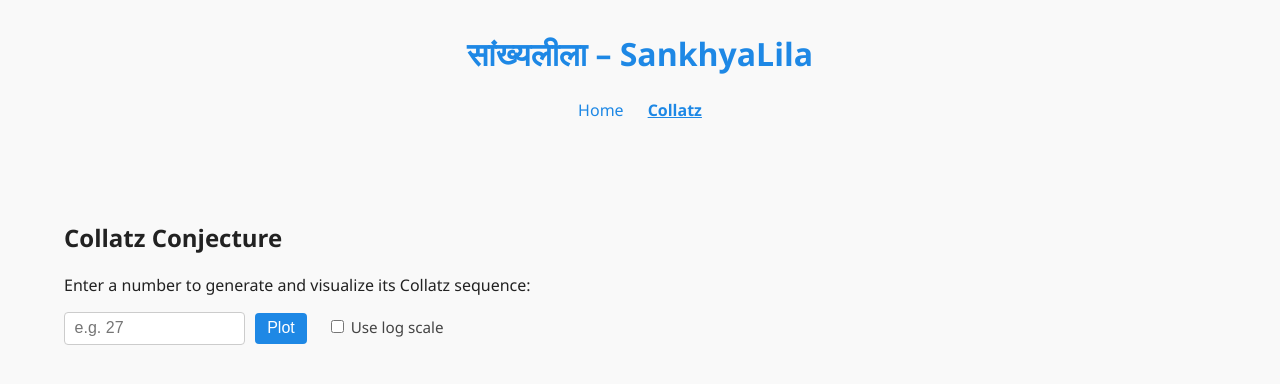
Repository: ChakreshSinghUC/SankhyaLila
Page: /collatz
An editor plug-in stored every save of this project. The page is shown before and after the next save, followed by the edit.
The browser window is 1280 px wide. The pictures show the whole page.
The project was rebuilt for these pictures with package versions that can differ from the ones it lists, and the page was loaded fresh each time.

Above is the page before, as saved 2025-07-05 16:40:12.

### src/App.js
import React from 'react';
import './App.css';
import { BrowserRouter as Router, Routes, Route, NavLink } from 'react-router-dom';
import Collatz from './pages/Collatz';

function App() {
  return (
    <Router>
      <header>
        <h1>सांख्यलीला – SankhyaLila</h1>
        <nav>
          <NavLink
            to="/"
            style={({ isActive }) => ({
              fontWeight: isActive ? 'bold' : 'normal',
              textDecoration: isActive ? 'underline' : 'none',
            })}
          >
            Home
          </NavLink>
          <NavLink
            to="/collatz"
            style={({ isActive }) => ({
              fontWeight: isActive ? 'bold' : 'normal',
              textDecoration: isActive ? 'underline' : 'none',
            })}
          >
            Collatz
          </NavLink>
        </nav>
      </header>

      <main style={{ padding: '1rem 2rem' }}>
        <Routes>
          <Route path="/" element={<Home />} />
          <Route path="/collatz" element={<Collatz />} />
          <Route path="*" element={<NotFound />} />
        </Routes>
      </main>
    </Router>
  );
}

function Home() {
  return (
    <>
      <h2>Welcome to SankhyaLila</h2>
      <p>
        SankhyaLila (सांख्यलीला) is a digital playground for curious minds. Explore
        the beauty of numbers, patterns, and mathematical wonder through interactive
        visualizations.
      </p>
    </>
  );
}

function NotFound() {
  return <p>404 – Page not found</p>;
}

export default App;

### src/App.css
/* App.css — SankhyaLila */

body {
  margin: 0;
  font-family: 'Segoe UI', 'Helvetica Neue', sans-serif;
  background-color: #f9f9f9;
  color: #222;
}

h1 {
  text-align: center;
  color: #1e88e5;
  margin-top: 2rem;
  font-size: 2rem;
}

nav {
  display: flex;
  justify-content: center;
  gap: 1.5rem;
  margin-top: 1.5rem;
  margin-bottom: 2rem;
}

nav a {
  color: #1e88e5;
  text-decoration: none;
  font-weight: 500;
}

nav a:hover {
  text-decoration: underline;
}

input[type="number"] {
  padding: 0.4rem 0.6rem;
  font-size: 1rem;
  width: 160px;
  border-radius: 4px;
  border: 1px solid #ccc;
}

button {
  padding: 0.4rem 0.75rem;
  font-size: 1rem;
  margin-left: 10px;
  background-color: #1e88e5;
  color: white;
  border: none;
  cursor: pointer;
  border-radius: 4px;
}

button:hover {
  background-color: #1565c0;
}

label {
  font-size: 0.95rem;
  color: #444;
}

### src/pages/Collatz.jsx
import React, { useState } from 'react';
import { Line } from 'react-chartjs-2';
import {
  Chart as ChartJS,
  LineElement,
  PointElement,
  CategoryScale,
  LinearScale,
  Title,
  Tooltip,
  Legend
} from 'chart.js';

ChartJS.register(
  LineElement,
  PointElement,
  CategoryScale,
  LinearScale,
  Title,
  Tooltip,
  Legend
);

export default function Collatz() {
  const [input, setInput] = useState('');
  const [sequence, setSequence] = useState([]);
  const [logScale, setLogScale] = useState(false);

  const generateSequence = (n) => {
    let result = [];
    while (n !== 1) {
      result.push(n);
      n = (n % 2 === 0) ? n / 2 : 3 * n + 1;
    }
    result.push(1);
    setSequence(result);
  };

  const handleSubmit = () => {
    const n = parseInt(input);
    if (!isNaN(n) && n > 0) generateSequence(n);
  };

  const maxValue = Math.max(...sequence);
  const maxIndex = sequence.indexOf(maxValue);

  const data = {
    labels: sequence.map((_, i) => i),
    datasets: [
      {
        label: 'Collatz Sequence',
        data: sequence,
        borderColor: '#1e88e5',
        pointRadius: 0,
        borderWidth: 2,
        fill: false
      },
      {
        label: 'Peak',
        data: Array.from({ length: sequence.length }, (_, i) =>
          i === maxIndex ? maxValue : null
        ),
        pointRadius: 5,
        pointBackgroundColor: 'red',
        showLine: false
      }
    ]
  };

  const options = {
    responsive: true,
    interaction: {
      mode: 'index',
      intersect: false
    },
    plugins: {
      tooltip: {
        callbacks: {
          label: (ctx) => `Step: ${ctx.dataIndex}, Value: ${ctx.formattedValue}`
        }
      },
      legend: {
        display: false
      },
      title: {
        display: true,
        text: 'Collatz Conjecture Visualization',
        font: { size: 18 }
      }
    },
    scales: {
      x: {
        title: {
          display: true,
          text: 'Step',
          font: { size: 14 }
        },
        grid: {
          color: '#eee'
        }
      },
      y: {
        type: logScale ? 'logarithmic' : 'linear',
        title: {
          display: true,
          text: logScale ? 'Value (log scale)' : 'Value',
          font: { size: 14 }
        },
        grid: {
          color: '#eee'
        },
        min: 1
      }
    }
  };

  return (
    <div style={{ padding: '2rem' }}>
      <h2>Collatz Conjecture</h2>
      <p>Enter a number to generate and visualize its Collatz sequence:</p>
      <input
        type="number"
        value={input}
        onChange={(e) => setInput(e.target.value)}
        onKeyDown={(e) => e.key === 'Enter' && handleSubmit()}
        placeholder="e.g. 27"
      />
      <button onClick={handleSubmit} style={{ marginLeft: '10px' }}>Plot</button>
      <label style={{ marginLeft: '20px' }}>
        <input
          type="checkbox"
          checked={logScale}
          onChange={() => setLogScale(!logScale)}
        />
        &nbsp;Use log scale
      </label>

      {sequence.length > 0 && (
        <div style={{ marginTop: '2rem' }}>
          <p>
            🔺 Peak value: <strong>{maxValue}</strong> at step {maxIndex}
          </p>
          <Line data={data} options={options} />
        </div>
      )}
    </div>
  );
}

Loaded but not shown: public/index.html (common file); src/index.js (common file); src/index.css (common file); src/reportWebVitals.js (common file)

After the next save:
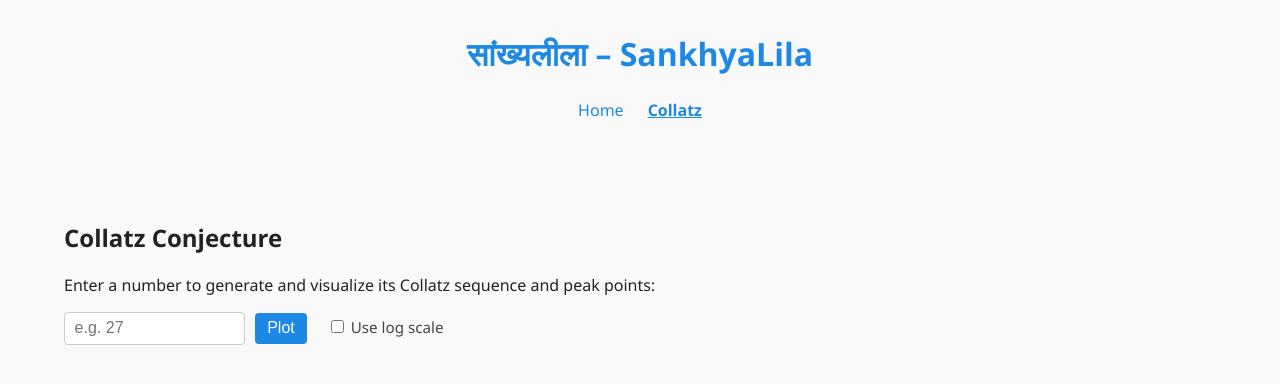
Saved 2 min 58 s later.
--- a/src/pages/Collatz.jsx
+++ b/src/pages/Collatz.jsx
@@ -25,6 +25,7 @@ export default function Collatz() {
   const [input, setInput] = useState('');
   const [sequence, setSequence] = useState([]);
   const [logScale, setLogScale] = useState(false);
+  const [peaks, setPeaks] = useState([]);
 
   const generateSequence = (n) => {
     let result = [];
@@ -34,6 +35,18 @@ export default function Collatz() {
     }
     result.push(1);
     setSequence(result);
+    findPeaks(result, 5); // find first 5 peaks
+  };
+
+  const findPeaks = (arr, limit) => {
+    let peaksFound = [];
+    for (let i = 1; i < arr.length - 1; i++) {
+      if (arr[i] > arr[i - 1] && arr[i] > arr[i + 1]) {
+        peaksFound.push({ index: i, value: arr[i] });
+        if (peaksFound.length === limit) break;
+      }
+    }
+    setPeaks(peaksFound);
   };
 
   const handleSubmit = () => {
@@ -41,8 +54,8 @@ export default function Collatz() {
     if (!isNaN(n) && n > 0) generateSequence(n);
   };
 
-  const maxValue = Math.max(...sequence);
-  const maxIndex = sequence.indexOf(maxValue);
+  const peakMarkers = Array(sequence.length).fill(null);
+  peaks.forEach(p => peakMarkers[p.index] = p.value);
 
   const data = {
     labels: sequence.map((_, i) => i),
@@ -56,10 +69,8 @@ export default function Collatz() {
         fill: false
       },
       {
-        label: 'Peak',
-        data: Array.from({ length: sequence.length }, (_, i) =>
-          i === maxIndex ? maxValue : null
-        ),
+        label: 'Peaks',
+        data: peakMarkers,
         pointRadius: 5,
         pointBackgroundColor: 'red',
         showLine: false
@@ -84,32 +95,20 @@ export default function Collatz() {
       },
       title: {
         display: true,
-        text: 'Collatz Conjecture Visualization',
+        text: 'Collatz Conjecture with Peak Markers',
         font: { size: 18 }
       }
     },
     scales: {
       x: {
-        title: {
-          display: true,
-          text: 'Step',
-          font: { size: 14 }
-        },
-        grid: {
-          color: '#eee'
-        }
+        title: { display: true, text: 'Step' },
+        grid: { color: '#eee' }
       },
       y: {
         type: logScale ? 'logarithmic' : 'linear',
-        title: {
-          display: true,
-          text: logScale ? 'Value (log scale)' : 'Value',
-          font: { size: 14 }
-        },
-        grid: {
-          color: '#eee'
-        },
-        min: 1
+        min: 1,
+        title: { display: true, text: logScale ? 'Value (log scale)' : 'Value' },
+        grid: { color: '#eee' }
       }
     }
   };
@@ -117,7 +116,7 @@ export default function Collatz() {
   return (
     <div style={{ padding: '2rem' }}>
       <h2>Collatz Conjecture</h2>
-      <p>Enter a number to generate and visualize its Collatz sequence:</p>
+      <p>Enter a number to generate and visualize its Collatz sequence and peak points:</p>
       <input
         type="number"
         value={input}
@@ -137,9 +136,7 @@ export default function Collatz() {
 
       {sequence.length > 0 && (
         <div style={{ marginTop: '2rem' }}>
-          <p>
-            🔺 Peak value: <strong>{maxValue}</strong> at step {maxIndex}
-          </p>
+          <p>🔺 First {peaks.length} Peaks: {peaks.map(p => `${p.value} (at ${p.index})`).join(', ')}</p>
           <Line data={data} options={options} />
         </div>
       )}
